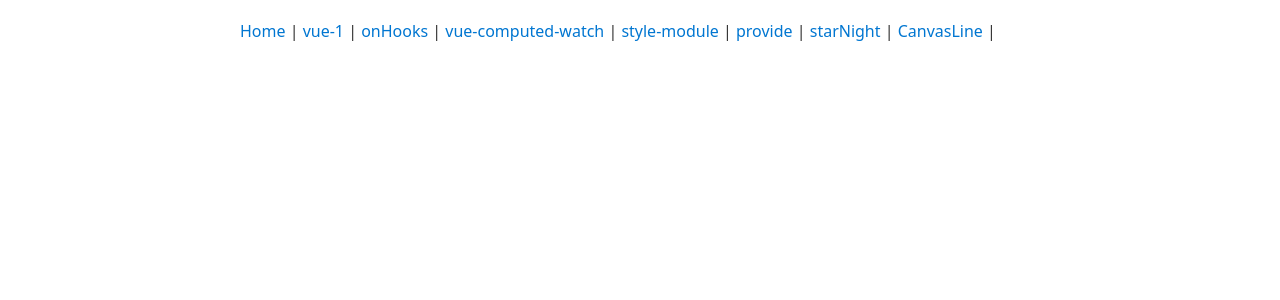
Repository: 596178924/vue3-ts-html
Page: /
The author's editor kept a copy of each file at every save. The page is drawn from the files as they stood at one save, then again after the next save.
The browser window is 1280 px wide. The pictures show the whole page.
The project was rebuilt for these pictures with package versions that can differ from the ones it lists, and the page was loaded fresh each time. Also part of the build but not shown: vue.config.js.

Above is the page before, as saved 2022-02-15 16:30:09.

After the next save:
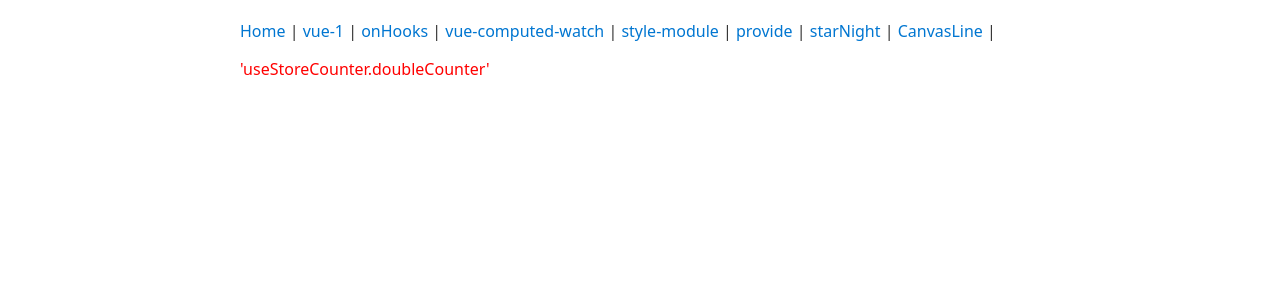
Saved 15 s later.
--- a/src/views/Home.vue
+++ b/src/views/Home.vue
@@ -1,7 +1,7 @@
 <template>
 	<div class="home">
 		<p class="red">
-
+			'useStoreCounter.doubleCounter'
 		</p>
 	</div>
 </template>
